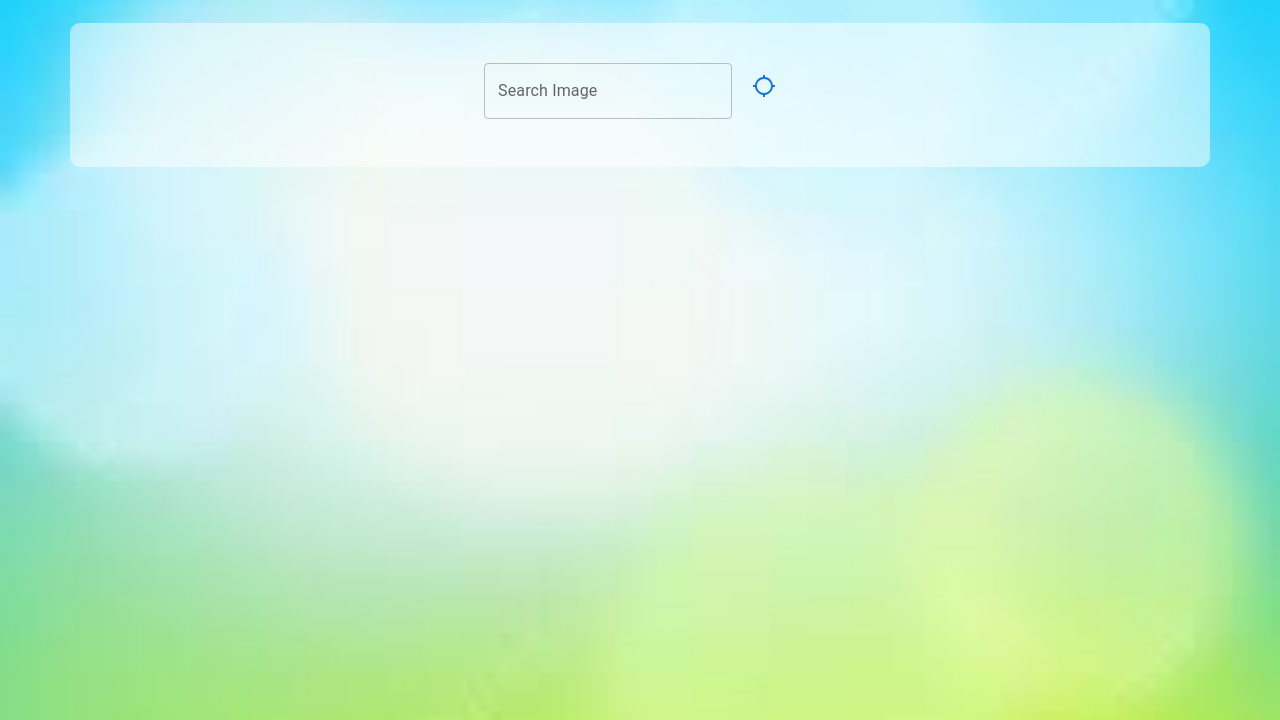
Repository: mohit78911/Snapshot
Page: /
These files come from the project's save history. The page is drawn as it stood at one moment and after a run of saves; the edit follows.
The browser window is 1280 px wide. The pictures show the whole page.
The project was rebuilt for these pictures with package versions that can differ from the ones it lists, and the page was loaded fresh each time. Also part of the build but not shown: src/snapshot/SnapshotCss.css, src/snapshot/SnapshotTable.js, src/snapshot/SearchBox.css.

Above is the page before, as saved 2023-09-01 15:16:47.

### public/index.html
<!DOCTYPE html>
<html lang="en">
  <head>
    <meta charset="utf-8" />
    <link rel="icon" href="%PUBLIC_URL%/favicon.ico" />
    <link href="https://cdn.jsdelivr.net/npm/bootstrap@5.3.1/dist/css/bootstrap.min.css" rel="stylesheet" integrity="sha384-4bw+/aepP/YC94hEpVNVgiZdgIC5+VKNBQNGCHeKRQN+PtmoHDEXuppvnDJzQIu9" crossorigin="anonymous">
    <meta name="viewport" content="width=device-width, initial-scale=1" />
    <meta name="theme-color" content="#000000" />
    <meta
      name="description"
      content="Web site created using create-react-app"
    />
    <link rel="apple-touch-icon" href="%PUBLIC_URL%/logo192.png" />

    <link rel="manifest" href="%PUBLIC_URL%/manifest.json" />

    <title>React App</title>
  </head>
  <body style="text-align: center;">
    <noscript>You need to enable JavaScript to run this app.</noscript>
    <div id="root"></div>
    <script src="https://cdn.jsdelivr.net/npm/bootstrap@5.3.1/dist/js/bootstrap.bundle.min.js" integrity="sha384-HwwvtgBNo3bZJJLYd8oVXjrBZt8cqVSpeBNS5n7C8IVInixGAoxmnlMuBnhbgrkm" crossorigin="anonymous"></script>
  </body>
</html>

### src/App.js
import { Box } from "@mui/material";
import React from "react";
import SnapShot from "./snapshot/SnapShot";
console.log("hey i am snapshot Component")
export default function App() {
  return (
    <Box>
      <SnapShot />
    </Box>
  );
}

### src/snapshot/SnapShot.js
import React, { useEffect, useState } from "react";
import axios from "axios";
import "../App.css";

import SnapshotTable from "./SnapshotTable";
import SearchBox from "./SearchBox";
import { ToastContainer, toast } from "react-toastify";

export default function SnapShot() {
  const [image, setImage] = useState(""); //string
  const [data, setData] = useState([]); //Array
  const [showData, setShowData] = useState(false); //Boolean

  const getData = (e) => {
    e.preventDefault();
    let trimedImage = image.trim().trimStart().trimEnd();
    if (trimedImage == "") {
      setShowData(false);
      toast.error("Can't Find ");
    } else {
      setShowData(true);
      axios
        .get(
          `https://api.unsplash.com/search/collections?page=1&query=${image}&client_id=-DzO7DyFZFBUXuUjR2Tb8dbbi8Qcg40oNw2kVfqoREI`
        )
        .then((result) => {
          setData(result.data.results[0].preview_photos);
          // console.log(result.data.results[0].preview_photos);
        })
        .catch((error) => console.log(error));
    }
  };

  // useEffect(() => {
  //   getData();
  // }, []);

  console.log(data);
  return (
    <div className="container">
      <div className="row">
        <div className="col-4 firstColoum">
          <SearchBox setImage={setImage} image={image} getData={getData} />
        </div>
        {showData ? (
          <div className="col secondColoum">
            <SnapshotTable data={data} />
          </div>
        ) : null}
      </div>
      <ToastContainer />
    </div>
  );
}

### src/App.css
.App {
  text-align: center;
}

.App-logo {
  height: 40vmin;
  pointer-events: none;
}

@media (prefers-reduced-motion: no-preference) {
  .App-logo {
    animation: App-logo-spin infinite 20s linear;
  }
}

.App-header {
  background-color: #282c34;
  min-height: 100vh;
  display: flex;
  flex-direction: column;
  align-items: center;
  justify-content: center;
  font-size: calc(10px + 2vmin);
  color: white;
}

.App-link {
  color: #61dafb;
}

@keyframes App-logo-spin {
  from {
    transform: rotate(0deg);
  }

  to {
    transform: rotate(360deg);
  }
}

.firstColoum {
  width: 100%;
  padding-top: 2rem;
  margin-top: 2%;
  border-radius: 10px;
  height: 9rem;
  background: rgb(255, 255, 255, 0.5);

}

.secondColoum {
  width: 100%;
  margin-top: 2rem;
  margin-bottom: 2rem;
  padding-bottom: 1rem;
  border-radius: 10px;
  background: rgb(255, 255, 255, 0.5);
}


body {
  background-image: url('data:[embedded picture, 2875 characters]');
  background-repeat: no-repeat;
  background-position: 100%;
  background-size: cover;
  background-attachment: fixed;

}

### src/snapshot/SearchBox.js
import React from "react";
import { Button, TextField } from "@mui/material";
import "./SearchBox.css";
import LocationSearchingIcon from "@mui/icons-material/LocationSearching";

function SearchBox({ getData, setImage, image }) {
  return (
    <div>
      <div>
        <form onSubmit={getData} className="mt-2">
          <TextField
            sx={{width:"auto"}}
            value={image}
            onChange={(e) => setImage(e.target.value)}
            label="Search Image"
          />
          <Button type="submit" sx={{ marginTop: "5px" }}>
            <LocationSearchingIcon />
          </Button>
        </form>
      </div>
    </div>
  );
}

export default SearchBox;

### src/snapshot/Title.js
import React from 'react'
import "./Title.css"

export default function Title() {
  return (
    <div>
      <h5 className='title'>Photorest</h5>
    </div>
  )
}

### src/snapshot/Title.css
.title{

}

Loaded but not shown: src/index.js (common file); src/index.css (common file); src/reportWebVitals.js (common file)

After the next 2 saves:
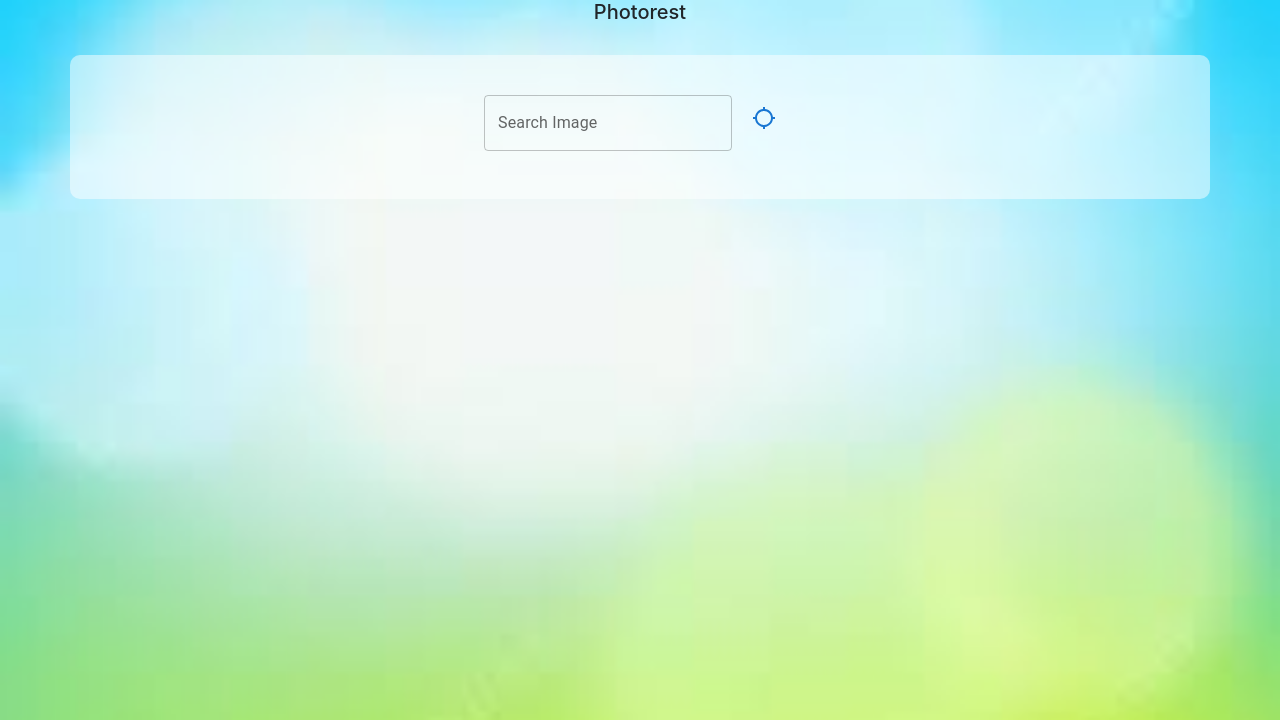
The 2 saves are shown as one change because 1 did not build or start.
The last was saved 20 s later.
--- a/src/snapshot/SnapShot.js
+++ b/src/snapshot/SnapShot.js
@@ -5,6 +5,7 @@ import "../App.css";
 import SnapshotTable from "./SnapshotTable";
 import SearchBox from "./SearchBox";
 import { ToastContainer, toast } from "react-toastify";
+import Title from "./Title";
 
 export default function SnapShot() {
   const [image, setImage] = useState(""); //string
@@ -38,6 +39,7 @@ export default function SnapShot() {
   console.log(data);
   return (
     <div className="container">
+      <Title/>
       <div className="row">
         <div className="col-4 firstColoum">
           <SearchBox setImage={setImage} image={image} getData={getData} />
